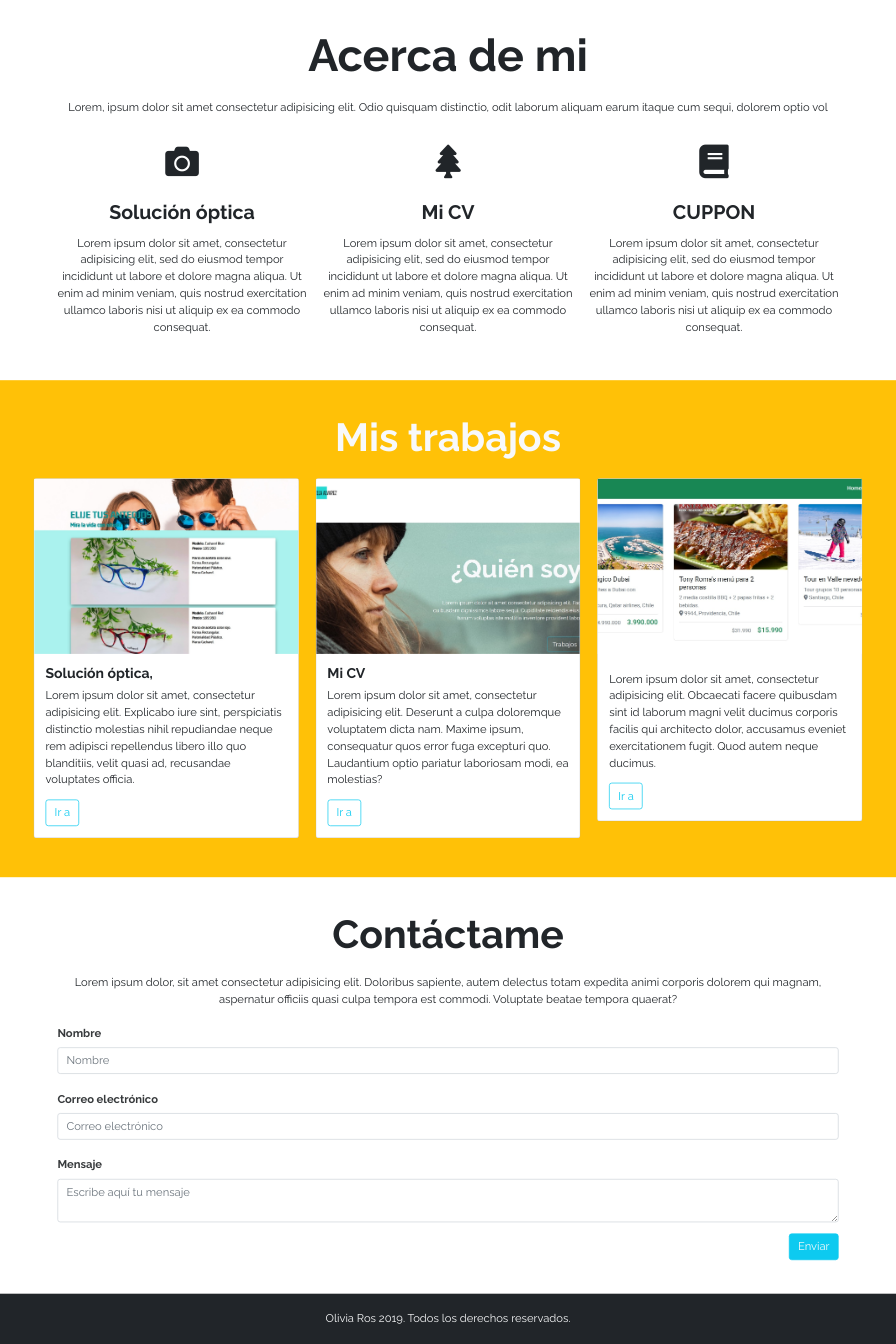
Repository: Yasna2112/Portafolio-final
Page: index.html
An editor plug-in stored every save of this project. The page is shown before and after the next save, followed by the edit.
The browser window is 1280 px wide. The pictures show the part of the page from y = 703 to 2623 px (the page is 2623 px tall), at 70% of full size.
Some web libraries are served in a nearby version.

Above is the page before, as saved 2022-07-23 05:51:11.

After the next save:
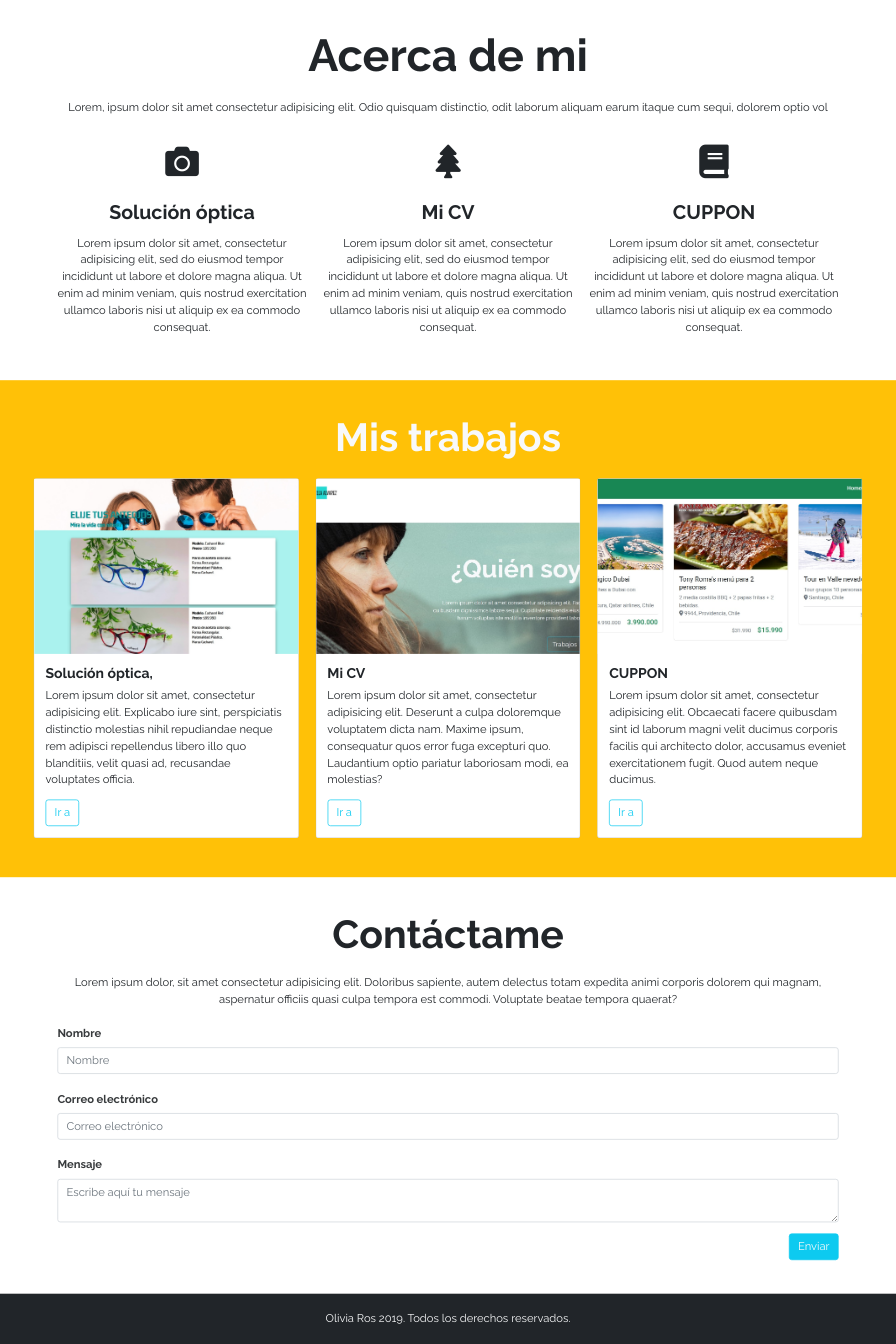
Saved 6 s later.
--- a/index.html
+++ b/index.html
@@ -153,7 +153,7 @@
                 <div class="card">
                     <div class="image-top" style="background-image: url(assets/img/card-33.jpg)"></div>
                     <div class="card-body">
-                        <h5 class="card-title fw-bold"></h5>
+                        <h5 class="card-title fw-bold">CUPPON</h5>
                         <p class="card-text">
                             Lorem ipsum dolor sit amet, consectetur adipisicing elit.
                             Obcaecati facere quibusdam sint id laborum magni velit ducimus
